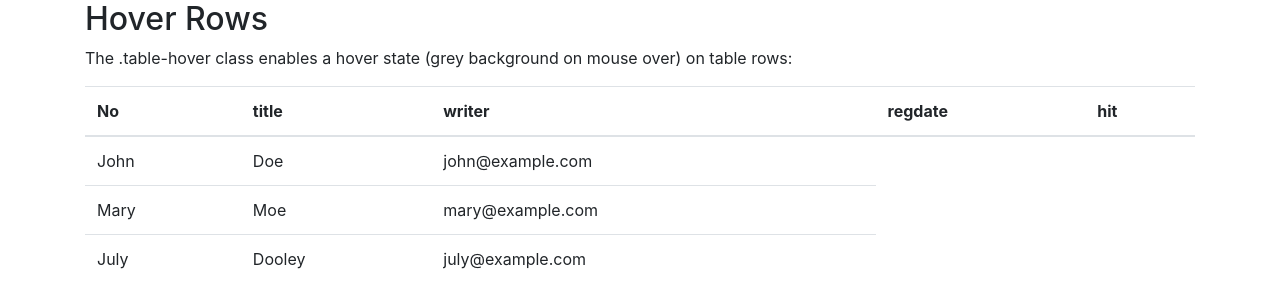
Repository: mijeon/egove_workspace
Page: http://localhost/commentBoard/board/list.jsp
The author's editor kept a copy of each file at every save. The page is drawn from the files as they stood at one save, then again after the next save.
The browser window is 1280 px wide. The pictures show the whole page.
The page is served by Tomcat 9. Other server files are loaded and not shown.

Above is the page before, as saved 2023-06-17 07:47:44.

### commentBoard/WebContent/board/list.jsp
<%@ page contentType="text/html; charset=UTF-8"%>
<!DOCTYPE html>
<html lang="en">
<head>
<title>Bootstrap Example</title>
<meta charset="utf-8">
<meta name="viewport" content="width=device-width, initial-scale=1">
<link rel="stylesheet"
	href="https://cdn.jsdelivr.net/npm/bootstrap@4.6.2/dist/css/bootstrap.min.css">
<script
	src="https://cdn.jsdelivr.net/npm/jquery@3.6.4/dist/jquery.slim.min.js"></script>
<script
	src="https://cdn.jsdelivr.net/npm/popper.js@1.16.1/dist/umd/popper.min.js"></script>
<script
	src="https://cdn.jsdelivr.net/npm/bootstrap@4.6.2/dist/js/bootstrap.bundle.min.js"></script>
</head>
<body>

	<div class="container">
		<h2>Hover Rows</h2>
		<p>The .table-hover class enables a hover state (grey background
			on mouse over) on table rows:</p>
		<table class="table table-hover">
			<thead>
				<tr>
					<th>No</th>
					<th>title</th>
					<th>writer</th>
					<th>regdate</th>
					<th>hit</th>
				</tr>
			</thead>
			<tbody>
				<tr>
					<td>John</td>
					<td>Doe</td>
					<td>john@example.com</td>
				</tr>
				<tr>
					<td>Mary</td>
					<td>Moe</td>
					<td>mary@example.com</td>
				</tr>
				<tr>
					<td>July</td>
					<td>Dooley</td>
					<td>july@example.com</td>
				</tr>
			</tbody>
		</table>
	</div>

</body>
</html>

After the next save:
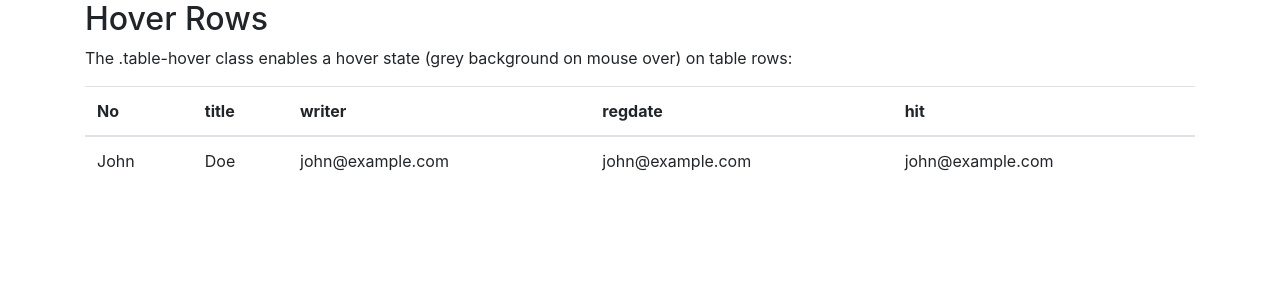
Saved 18 s later.
--- a/commentBoard/WebContent/board/list.jsp
+++ b/commentBoard/WebContent/board/list.jsp
@@ -35,16 +35,8 @@
 					<td>John</td>
 					<td>Doe</td>
 					<td>john@example.com</td>
-				</tr>
-				<tr>
-					<td>Mary</td>
-					<td>Moe</td>
-					<td>mary@example.com</td>
-				</tr>
-				<tr>
-					<td>July</td>
-					<td>Dooley</td>
-					<td>july@example.com</td>
+					<td>john@example.com</td>
+					<td>john@example.com</td>
 				</tr>
 			</tbody>
 		</table>
